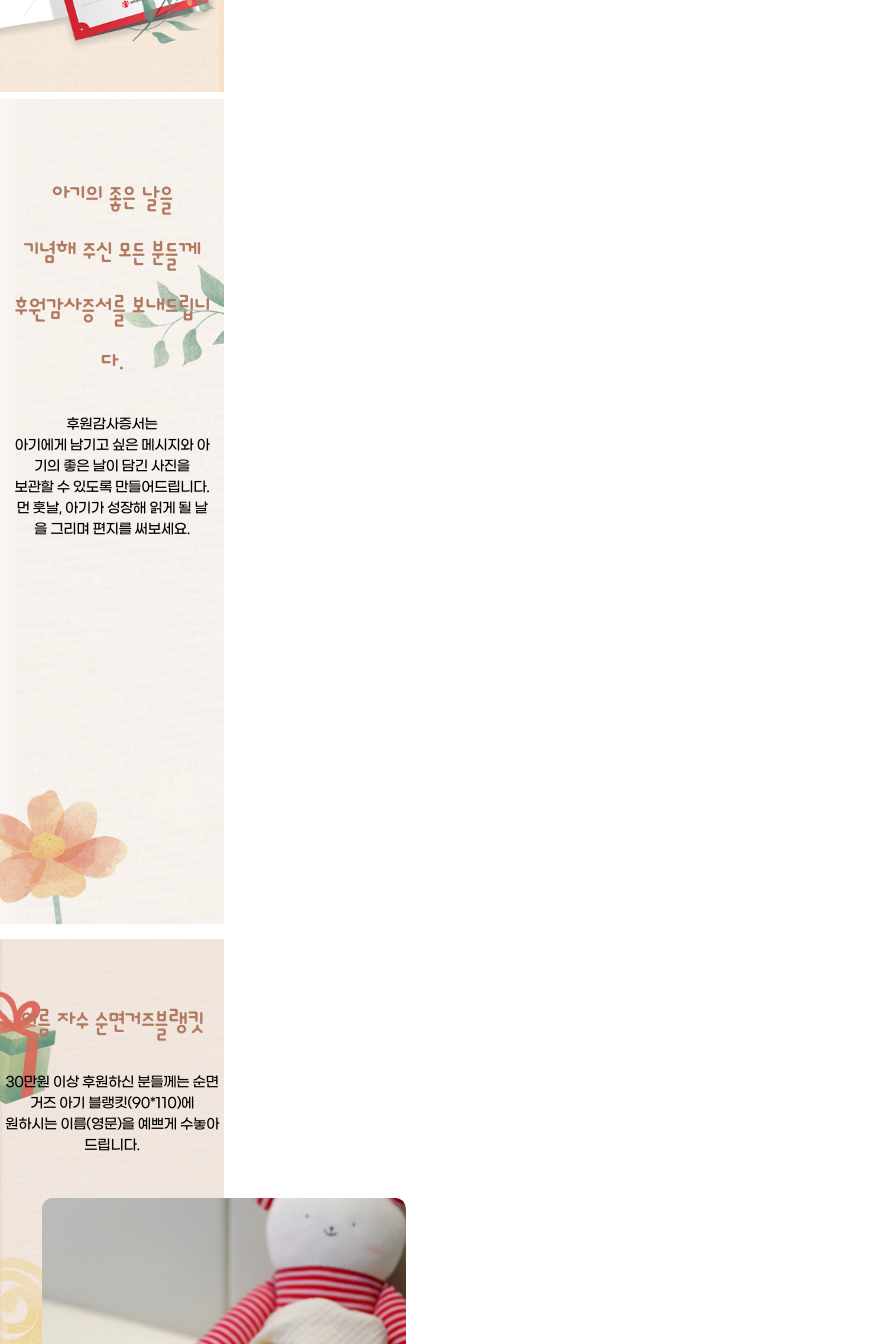
Repository: dlgywls1130/save_the_m320
Page: index.html
These files come from the project's save history. The page is drawn as it stood at one moment and after the next save; the edit follows.
The browser window is 1280 px wide. The pictures show the part of the page from y = 1799 to 3719 px (the page is 8180 px tall), at 70% of full size.

Above is the page before, as saved 2023-12-21 01:18:47.

After the next save:
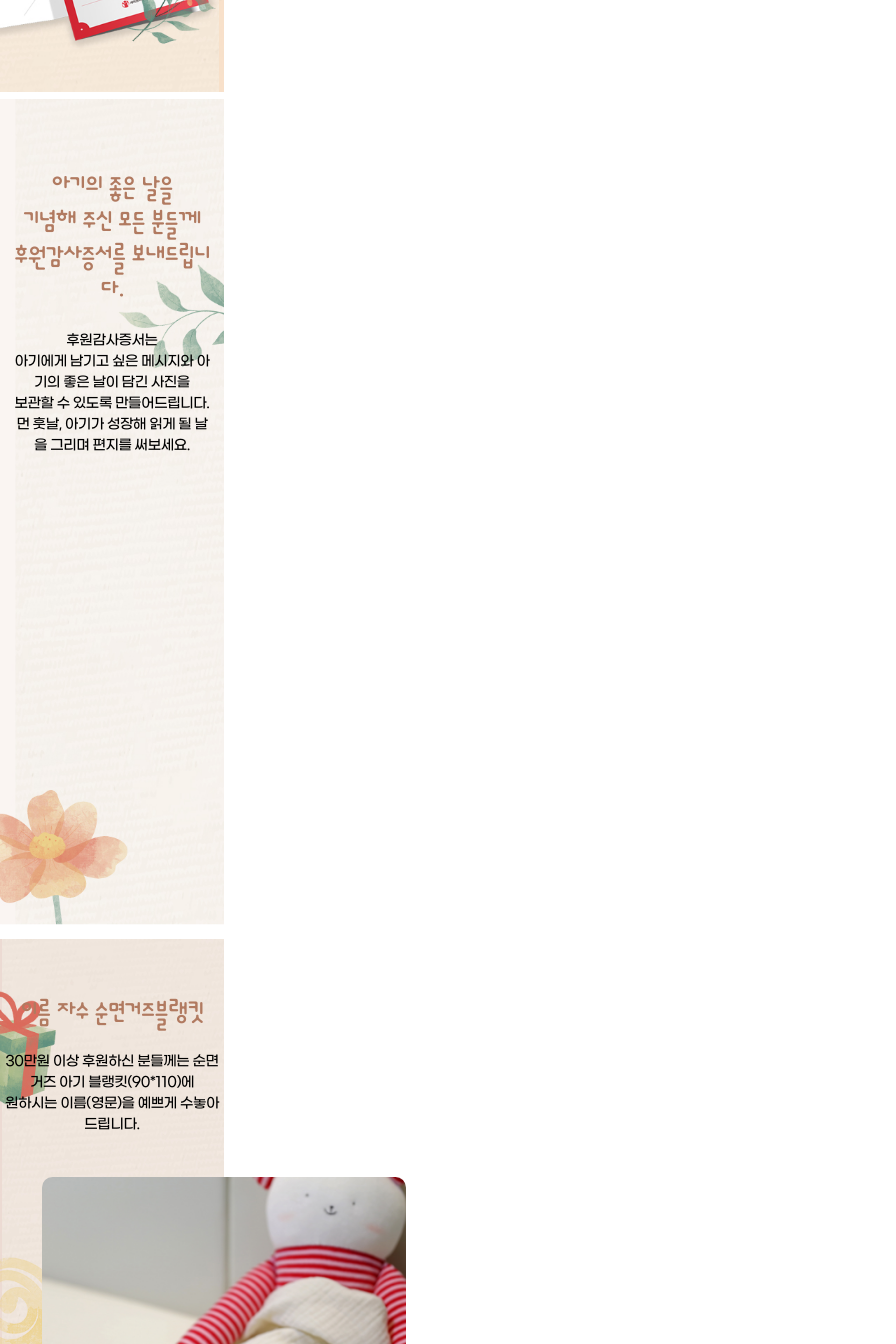
Saved 28 s later.
--- a/css/style.css
+++ b/css/style.css
@@ -360,7 +360,7 @@
 
 .se_title_co{
     font-size: 50px;
-    line-height: 80px;
+    line-height: 50px;
     letter-spacing: -0.03em;
     font-family: 'Dongle';
     font-weight: 500;
